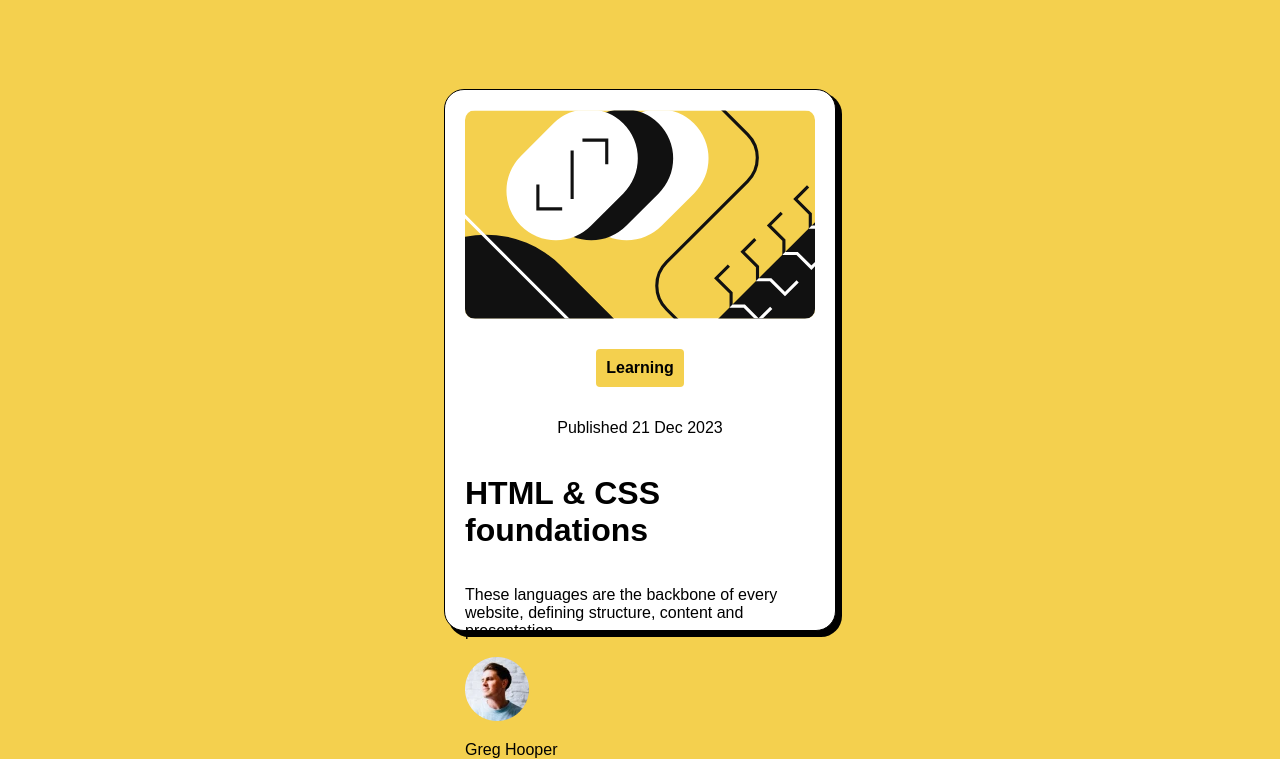
Repository: brandontaylor1/blogpreviewcard
Page: index.html
These files come from the project's save history. The page is drawn as it stood at one moment and after the next save; the edit follows.
The browser window is 1280 px wide. The pictures show the whole page.

Above is the page before, as saved 2024-12-25 11:13:24.

### index.html
<!DOCTYPE html>
<html lang="en">
<head>
    <meta charset="UTF-8">
    <meta name="viewport" content="width=device-width, initial-scale=1.0">
    <link rel="stylesheet" href="./index.css">
    <title>HTML & CSS Foundations</title>
</head>
<body>
    <main class="container">
        <div class="img-container">
            <img src="./images/illustration-article.svg" class="heading-img" alt="">
        </div>
        <div class="card-content">
            <p id="learning-tag">Learning</p>
            <p>Published 21 Dec 2023</p>
            <h1>HTML & CSS foundations</h1>
            <p>These languages are the backbone of every website, defining structure, content and presentation</p>
        </div>
        <div class="user-footer">
            <img src="./images/image-avatar.webp" alt="person-image">
            <p>Greg Hooper</p>
        </div>
    </main>

    <script src="index.js"></script>
</body>
</html>

### index.css
:root {
    /* COLORS */
    --primary-yellow: hsl(47, 88%, 63%);
    --primary-white: hsl(0, 0%, 100%);
    --primary-gray-reg: hsl(0, 0%, 42%);
    --primary-gray-bold: hsl(0, 0%, 7%);

    --main-font-size: 16px;

    --main-font-family: 'Figtree', sans-serif;
    --main-font-weight-reg: 500;
    --main-font-weight-bold: 800;
}


body {
    box-sizing: border-box;
    margin: 0;
    padding: 0;
    height: 100vh;
    font-family: var(--main-font-family);
    display: flex;
    align-items: center;
    justify-content: center;
    background-color: var(--primary-yellow);
}

.container {
    width: 350px;
    height: 500px;
    margin: 0 auto;
    padding: 0 20px;
    background-color: var(--primary-white);
    width: 350px;
    padding: 20px;
    border-radius: 20px;
    border: 1px solid black;
    box-shadow: 5px 5px 0 1px rgba(0, 0, 0, 1);
    transition: box-shadow 0.3s ease;
}

.container:hover {
    box-shadow: 0 0 0 0 rgba(0, 0, 0, 0.5);
}

.heading-img {
    width: 100%;
    margin-bottom: 10px;
    border-radius: 10px;
}

.card-content {
    display: flex;
    flex-direction: column;
    align-items: center;
    justify-content: center;
}

#learning-tag {
    background-color: var(--primary-yellow);
    padding: 10px;
    border-radius: 4px;
    font-weight: var(--main-font-weight-bold);

}

Loaded but not shown: index.js (no stored copy; drawn as an empty file)

After the next save:
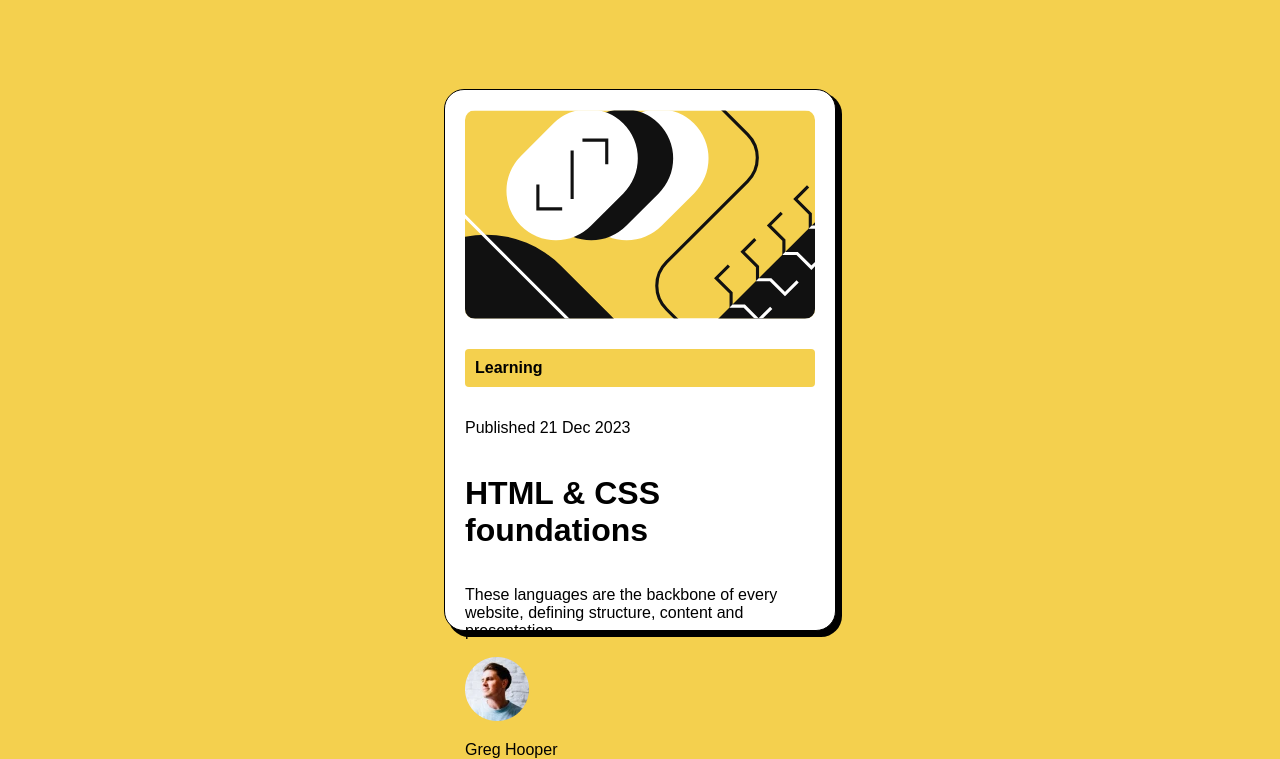
Saved 8 s later.
--- a/index.css
+++ b/index.css
@@ -52,7 +52,7 @@ body {
 .card-content {
     display: flex;
     flex-direction: column;
-    align-items: center;
+    align-items: left;
     justify-content: center;
 }
 
